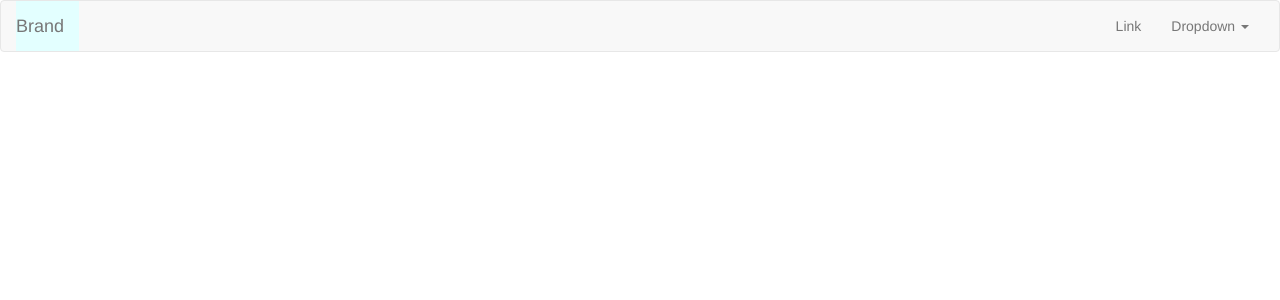
Repository: sajalsinghal7/Recruitment
Page: navbar_trial.html
The author's editor kept a record of every edit. The page is drawn from the files as they stood at one moment, then again after the next edit.
The browser window is 1280 px wide. The pictures show the whole page.

Above is the page before.

After the next edit:
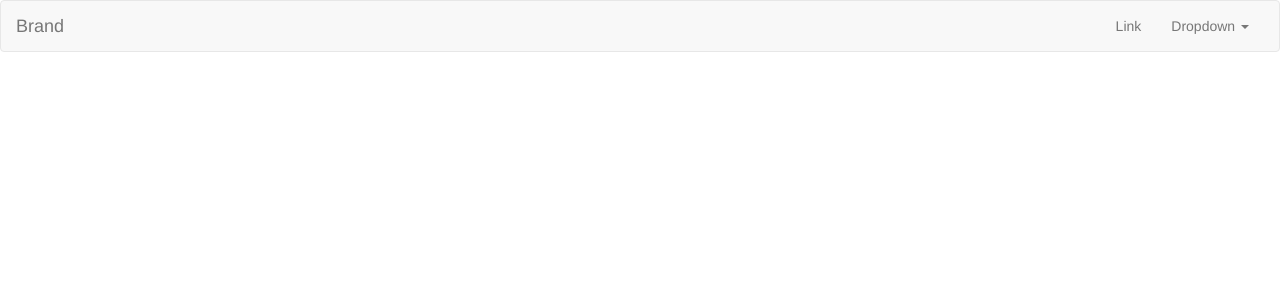
The edit:
--- a/navbar_trial.html
+++ b/navbar_trial.html
@@ -32,7 +32,7 @@
   <nav class="navbar navbar-default">
   <div class="container-fluid">
     <!-- Brand and toggle get grouped for better mobile display -->
-    <div class="navbar-header" style="background-color: #e3ffff;">
+    <div class="navbar-header">
       <button type="button" class="navbar-toggle collapsed" data-toggle="collapse" data-target="#bs-example-navbar-collapse-1" aria-expanded="false">
         <span class="sr-only">Toggle navigation</span>
         <span class="icon-bar"></span>
